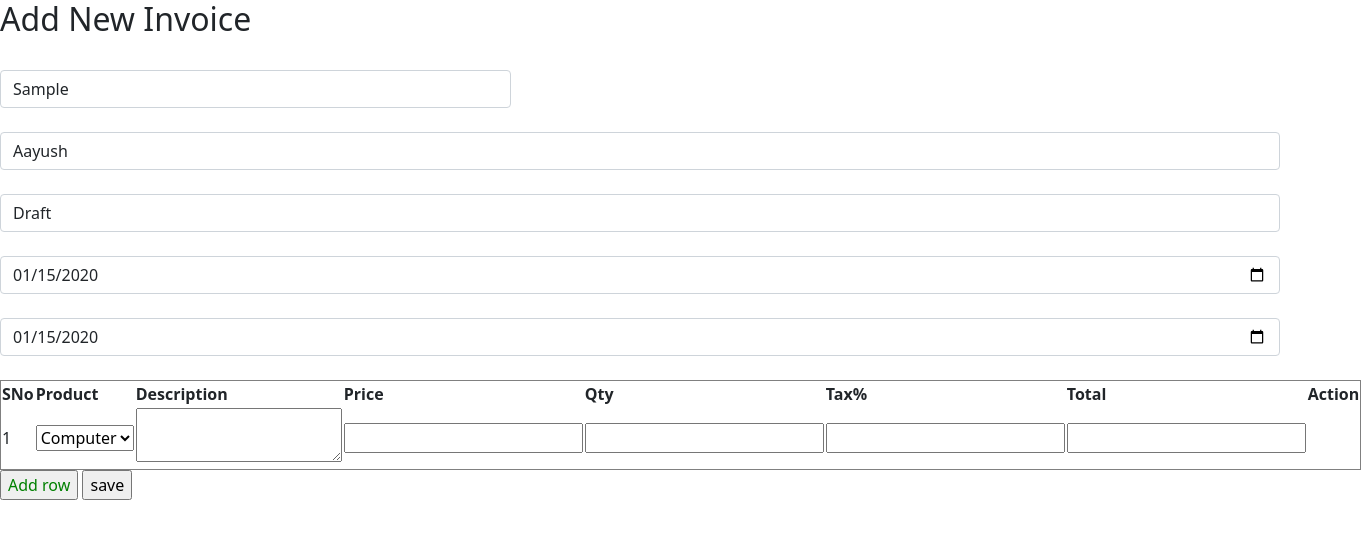
Repository: Aayush13013/Invoice_Management_app
Page: http://localhost/invoiceInfo/WEB-INF/jsp/new_invoiceInfo.jsp
The author's editor kept a copy of each file at every save. The page is drawn from the files as they stood at one save, then again after a run of saves.
The browser window is 1280 px wide. The page is 1361 px wide, then 1280 px, then 1361 px, so the pictures cover 1361 px, including what lies to the right of the window. The pictures show the whole page.
Empty fields were first filled with sample values (such as "Sample", 5 or name@example.com).
After loading, the first visible `input[onclick="addRows('myTable')"]` was clicked once.
The page is served by Tomcat 9. Nobody is signed in. Other server files are loaded and not shown. The template is opened directly, without the code that normally fills it, so the values that code supplies are empty.

Above is the page before, as saved 2021-12-27 15:11:54.

### invoiceInfo/invoiceInfo/src/main/webapp/WEB-INF/jsp/new_invoiceInfo.jsp
<%@ page language="java" contentType="text/html; charset=ISO-8859-1"
    pageEncoding="ISO-8859-1"%>
    <%@ taglib prefix="form" uri="http://www.springframework.org/tags/form"%>
	<%@ taglib prefix="c" uri="http://java.sun.com/jsp/jstl/core"%>


	<!DOCTYPE html>
<html>

<head>
    <meta charset="ISO-8859-1">
    <title>Add New Invoice</title>
    <link href="https://cdn.jsdelivr.net/npm/bootstrap@5.0.2/dist/css/bootstrap.min.css" rel="stylesheet"
        integrity="sha384-EVSTQN3/azprG1Anm3QDgpJLIm9Nao0Yz1ztcQTwFspd3yD65VohhpuuCOmLASjC" crossorigin="anonymous">


</head>

<body>
    <script>
        function addRows(id) {
            var table = document.getElementById(id);
            var array=["Computer","Mobile","PenDrive","Mouse"];

            var rowCount = table.rows.length;
            var row = table.insertRow(rowCount);
            var counts = rowCount-1;


            var cell0 = row.insertCell(0);
            cell0.innerHTML = rowCount ;


            var cell1 = row.insertCell(1);
            var element1 = document.createElement("select");
            element1.name="listOfProducts["+counts+"].productName";
            for(var i=0; i<array.length;i++){
            	var option = document.createElement("option");
            	option.value=array[i];
            	option.text=array[i];
            	element1.appendChild(option);
            }
            cell1.appendChild(element1);


            var cell2 = row.insertCell(2);
            var element2 = document.createElement("textarea");
            element2.type = "text";
            element2.name="listOfProducts["+counts+"].description";
            cell2.appendChild(element2);

            var cell3 = row.insertCell(3);
            var element3 = document.createElement("input");
            element3.type = "number";
            element3.name="listOfProducts["+counts+"].price";
            cell3.appendChild(element3);

            var cell4 = row.insertCell(4);
            var element4 = document.createElement("input");
            element4.type = "number";
            element4.name="listOfProducts["+counts+"].qty";
            cell4.appendChild(element4);

            var cell5 = row.insertCell(5);
            var element5 = document.createElement("input");
            element5.type = "number";
            element5.name="listOfProducts["+counts+"].taxPercent";
            cell5.appendChild(element5);

            var cell6 = row.insertCell(6);
            var element6 = document.createElement("input");
            element6.type = "number";
            element6.name="listOfProducts["+counts+"].total";
            cell6.appendChild(element6);

            var cell7 = row.insertCell(7);

        }
    </script>


    <h2>Add New Invoice</h2><br>



    <form:form action="/saveInvoice" modelAttribute="invoiceInfo" method="POST">
        <form:hidden path="id" placeholder="id" class="form-control mb-4 col-4" />

        <form:input type="text" path="invoiceNo" placeholder="invoiceNo" class="form-control mb-4 col-4" style="width:511px;"/>

        <form:select path="billTo"  class="form-control mb-4 col-4" required="required" >
        	<optgroup label="Select_Customer">
	        	<form:option value="Aayush"></form:option>
	        	<form:option value="Shridhar"></form:option>
	        	<form:option value="Suneel"></form:option>
	        	<form:option value="Lekhana"></form:option>
        	</optgroup>
        </form:select>

        <form:select  path="status" class="form-control mb-4 col-4" >
	        <optgroup label="Select_Status">
	        	<form:option value="Draft"></form:option>
	        	<form:option value="Sent"></form:option>
	        	<form:option value="Paid"></form:option>
        	</optgroup>
        </form:select>

        <form:input type="date" path="invoiceDate" placeholder="invoiceDate" class="form-control mb-4 col-4" />

        <form:input type="date" path="dueDate" placeholder="dueDate" class="form-control mb-4 col-4" />

        <table id="myTable"  border="1">
            <thead>
                <tr>
                    <th>SNo</th>
                    <th>Product</th>
                    <th>Description</th>
                    <th>Price</th>
                    <th>Qty</th>
                    <th>Tax%</th>
                    <th>Total</th>
                    <th>Action</th>
                </tr>

            </thead>

        </table>
        <input type="button" value="Add row" onclick="addRows('myTable')" style="color:green;" />
        <input type="submit" value="save" />
    </form:form>
</body>

</html>

After the next 2 saves:
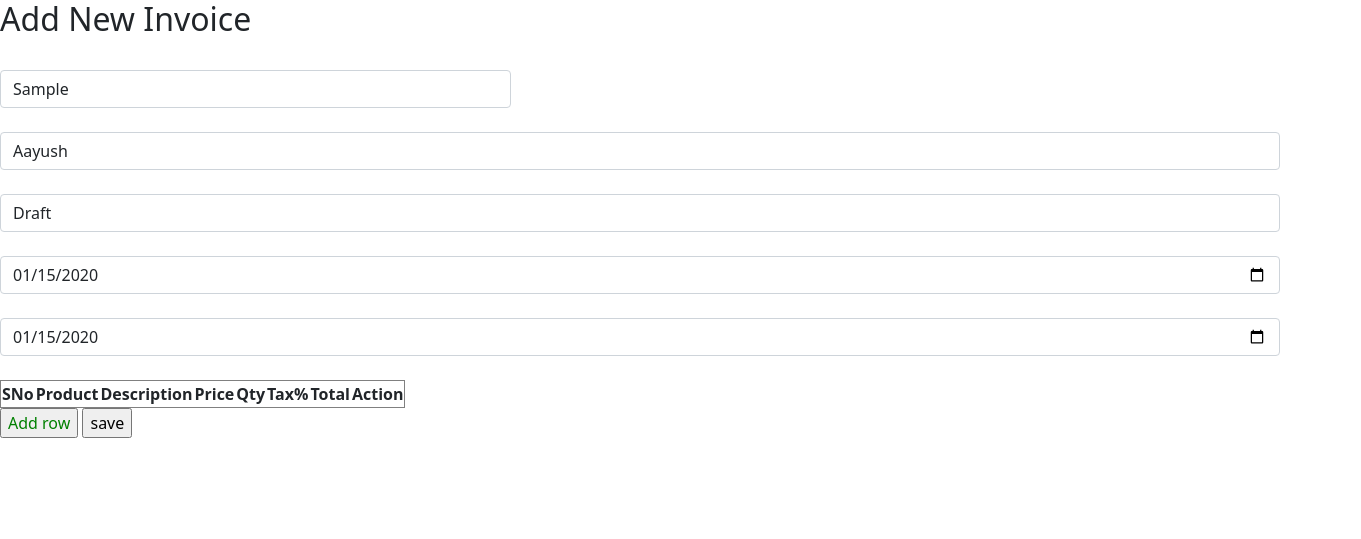
Console error: SyntaxError: Unexpected token '}'
The 2 saves are shown as one change because they came seconds apart.
The last was saved 7 s later.
--- a/invoiceInfo/invoiceInfo/src/main/webapp/WEB-INF/jsp/new_invoiceInfo.jsp
+++ b/invoiceInfo/invoiceInfo/src/main/webapp/WEB-INF/jsp/new_invoiceInfo.jsp
@@ -74,7 +74,7 @@
             cell6.appendChild(element6);
 
             var cell7 = row.insertCell(7);
-
+            var element7 =
         }
     </script>
 

After the 4 saves that followed:
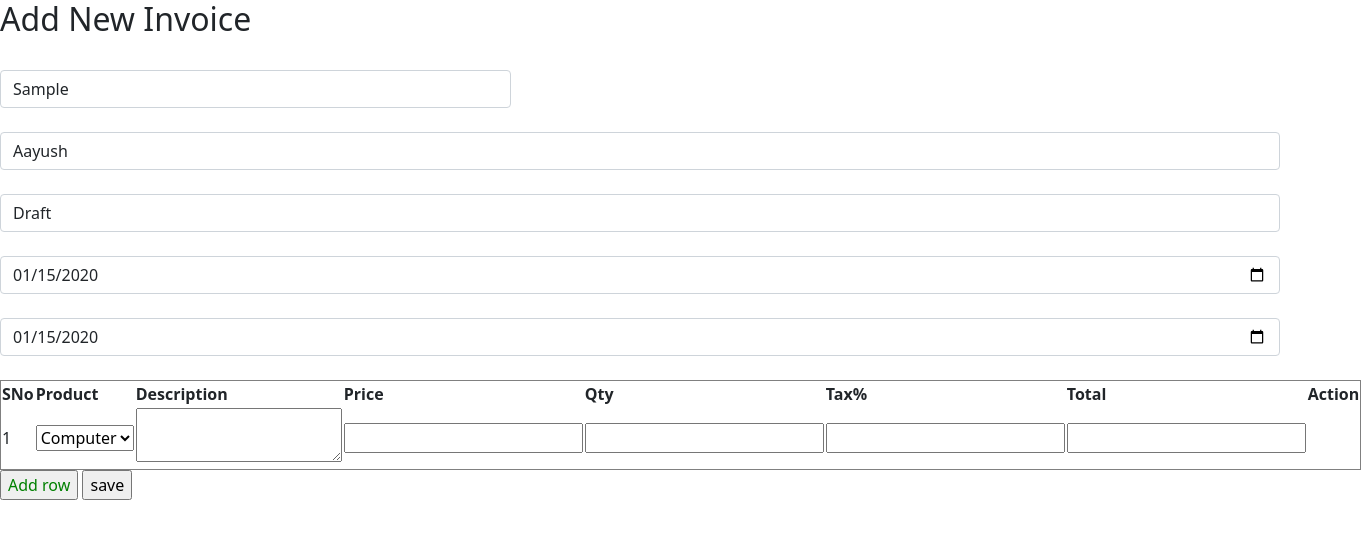
The error is gone.
The 4 saves are shown as one change because they came seconds apart.
The last was saved 15 s later.
--- a/invoiceInfo/invoiceInfo/src/main/webapp/WEB-INF/jsp/new_invoiceInfo.jsp
+++ b/invoiceInfo/invoiceInfo/src/main/webapp/WEB-INF/jsp/new_invoiceInfo.jsp
@@ -74,7 +74,7 @@
             cell6.appendChild(element6);
 
             var cell7 = row.insertCell(7);
-            var element7 =
+            var element7 = document.createElement
         }
     </script>
 
